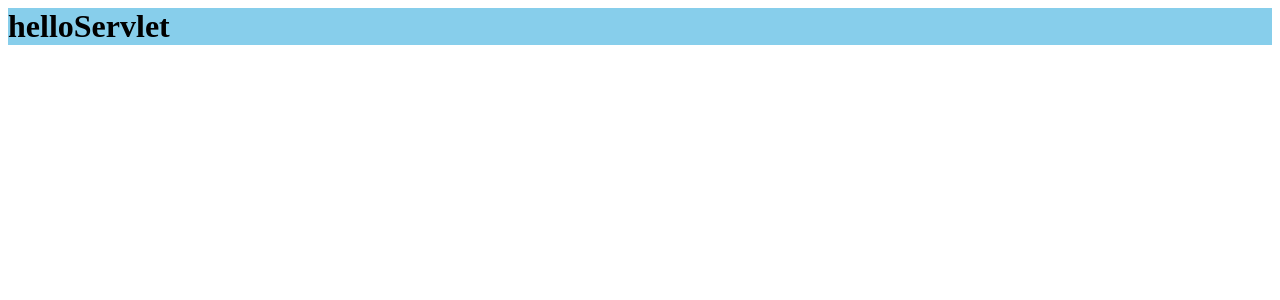
Repository: leedh909/Academy-web-
Page: http://localhost/Jsp05_HelloServlet/HelloServlet.do?command=hello
The author's editor kept a copy of each file at every save. The page is drawn from the files as they stood at one save, then again after the next save.
The browser window is 1280 px wide. The pictures show the whole page.
The page is served by Tomcat 9.

Above is the page before, as saved 2020-07-03 04:06:55.

### 실습자료/eclipse-servlet/Jsp05_HelloServlet/src/com/hello/controller/HelloController.java
package com.hello.controller;

import java.io.IOException;
import java.io.PrintWriter;

import javax.servlet.ServletConfig;
import javax.servlet.ServletException;
import javax.servlet.annotation.WebServlet;
import javax.servlet.http.HttpServlet;
import javax.servlet.http.HttpServletRequest;
import javax.servlet.http.HttpServletResponse;

@WebServlet("/HelloController")
public class HelloController extends HttpServlet {
	private static final long serialVersionUID = 1L;


    public HelloController() {
        System.out.println("servlet 생성자!");
    }

    @Override
    public void init(ServletConfig config) throws ServletException{
    	System.out.println("servlet init()!!");
    	System.out.println("context param: "+config.getServletContext().getInitParameter("url"));
    	System.out.println("init param: "+config.getInitParameter("driver"));
    }

    //요청을 받는 메소드1
	protected void doGet(HttpServletRequest request, HttpServletResponse response) throws ServletException, IOException {
		System.out.println("get방식!!!!");

		doPost(request, response);
	}

	//요청을 받는 메소드2
	protected void doPost(HttpServletRequest request, HttpServletResponse response) throws ServletException, IOException {
		System.out.println("post방식!!!!!");

		request.setCharacterEncoding("UTF-8");
		response.setContentType("text/html; charset=UTF-8");

		String command = request.getParameter("command");
		System.out.println("parameter: "+command);

		PrintWriter out = response.getWriter();
		out.print("<h1 style='background-color:skyblue;'>helloServlet</h1>");


	}

	@Override
	public void destroy() {
		System.out.println("servlet destroy()!!!");
	}

}

After the next save:
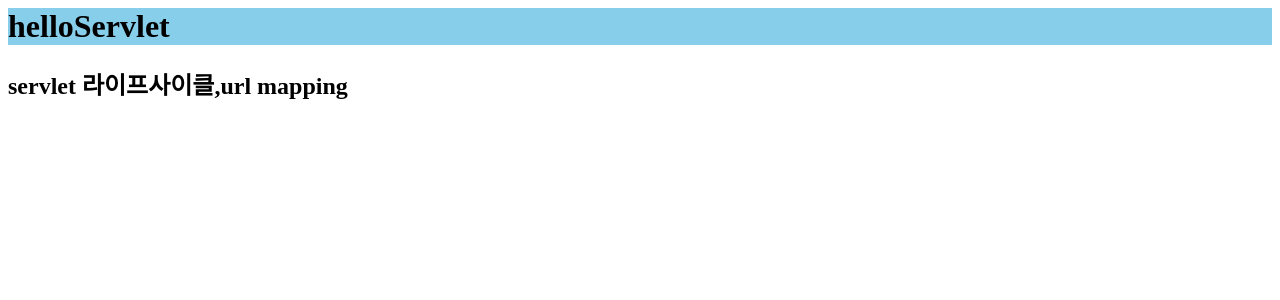
Saved 41 s later.
--- a/실습자료/eclipse-servlet/Jsp05_HelloServlet/src/com/hello/controller/HelloController.java
+++ b/실습자료/eclipse-servlet/Jsp05_HelloServlet/src/com/hello/controller/HelloController.java
@@ -45,6 +45,7 @@ public class HelloController extends HttpServlet {
 
 		PrintWriter out = response.getWriter();
 		out.print("<h1 style='background-color:skyblue;'>helloServlet</h1>");
+		out.print("<h2>servlet 라이프사이클,url mapping</h2>");
 
 
 	}
